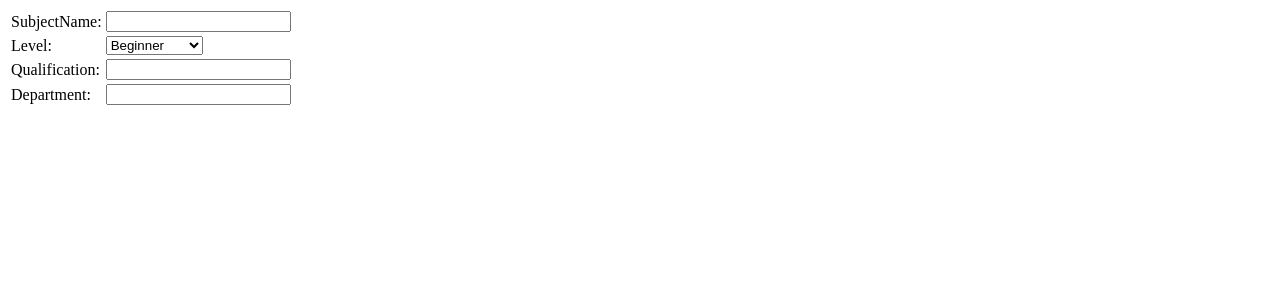
Repository: revanthkumar-paka/LearnersApp
Page: LearnersApp/src/main/webapp/MySubjects.html
The author's editor kept a copy of each file at every save. The page is drawn from the files as they stood at one save, then again after the next save.
The browser window is 1280 px wide. The pictures show the whole page.

Above is the page before, as saved 2022-04-24 17:46:32.

### LearnersApp/src/main/webapp/MySubjects.html
<!DOCTYPE html>
<html>
<head>
<meta charset="ISO-8859-1">
<title>Insert title here</title>
</head>
<body>
<form action="addSubjectServlet" method="post" >
<table>

<tr>
<td>SubjectName:</td>
<td><input name="subjectname"/>
</tr>
<tr>
<td>Level:</td>
<td>
<select name="level">
<option value="beginner">Beginner</option>
<option value="intermediate">InterMediate</option>
<option value="expert">Expert</option>
</select>
</td>
</tr>

<tr>
<td>
Qualification:
</td>
<td>
<input name="qualification"/>
</td>
</tr>

<tr>
<td>Department:</td>
<td><input name="department1"/>
</td>
</tr>
</table>

</form>
</body>
</html>

After the next save:
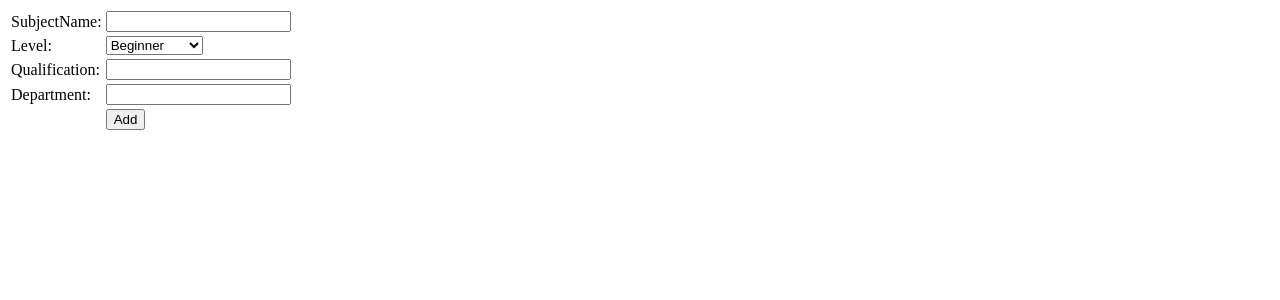
Saved 19 min 51 s later.
--- a/LearnersApp/src/main/webapp/MySubjects.html
+++ b/LearnersApp/src/main/webapp/MySubjects.html
@@ -37,6 +37,10 @@ Qualification:
 <td><input name="department1"/>
 </td>
 </tr>
+<tr>
+<td></td>
+<td><input type="submit" value="Add"></td>
+</tr>
 </table>
 
 </form>
